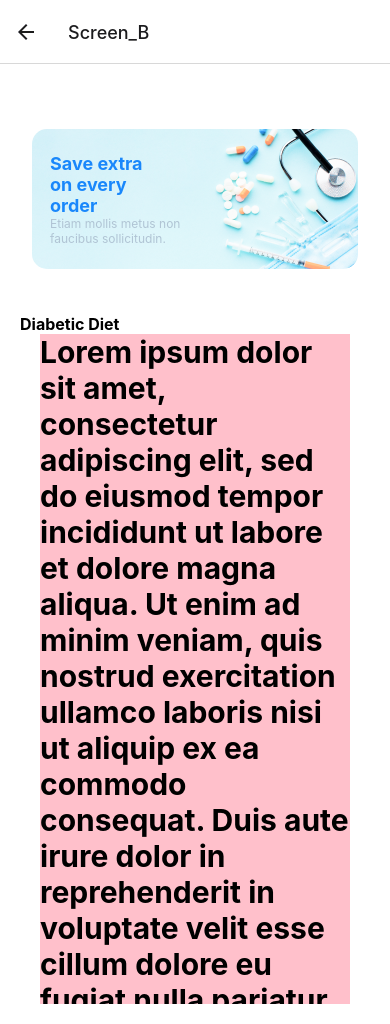
Repository: ntu34543/designReactNative
Screen: /Screen_B
These files come from the project's save history. The screen is drawn as it stood at one moment and after a run of saves; the edit follows.
An inner scrolling area shows only its first screen. The app was drawn by React Native's web renderer in a window 390 px wide. The project was rebuilt for these pictures with package versions that can differ from the ones it lists, and the page was loaded fresh each time. Some packages were replaced by stand-ins written for this rebuild.

Above is the screen before, as saved 2022-10-21 14:38:29.

After the next 2 saves:
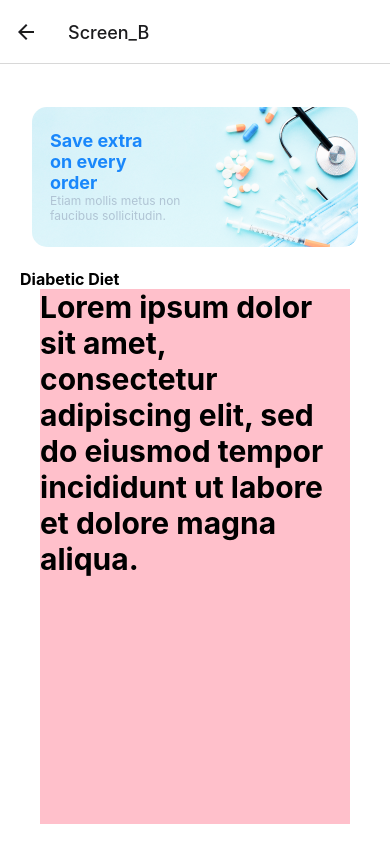
The 2 saves are shown as one change because they came seconds apart.
The last was saved 18 s later.
--- a/page/DiabetesCare.js
+++ b/page/DiabetesCare.js
@@ -27,12 +27,7 @@ export default function ScreenB({ navigation }) {
         <ScrollView style={styles.scrollView}>
           <Text style={styles.text}>
             Lorem ipsum dolor sit amet, consectetur adipiscing elit, sed do
-            eiusmod tempor incididunt ut labore et dolore magna aliqua. Ut enim
-            ad minim veniam, quis nostrud exercitation ullamco laboris nisi ut
-            aliquip ex ea commodo consequat. Duis aute irure dolor in
-            reprehenderit in voluptate velit esse cillum dolore eu fugiat nulla
-            pariatur. Excepteur sint occaecat cupidatat non proident, sunt in
-            culpa qui officia deserunt mollit anim id est laborum.
+            eiusmod tempor incididunt ut labore et dolore magna aliqua.
           </Text>
         </ScrollView>
       </View>
